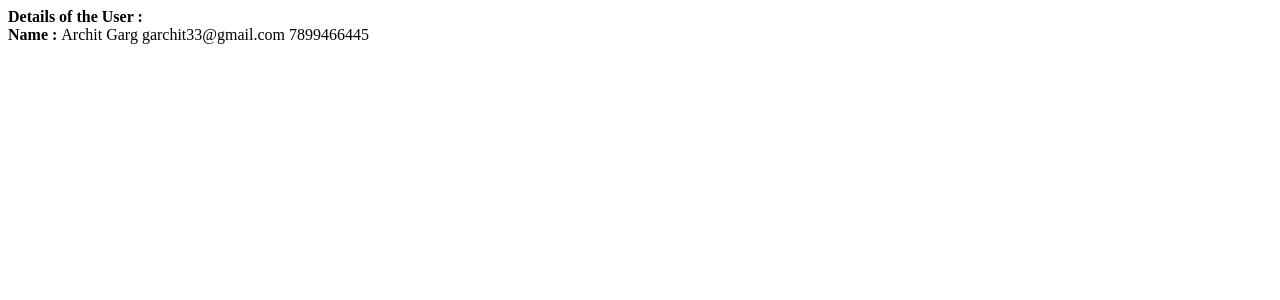
Repository: garchit33/Workpace
Page: http://localhost/ServletPage/TestContext
The author's editor kept a copy of each file at every save. The page is drawn from the files as they stood at one save, then again after the next save.
The browser window is 1280 px wide. The pictures show the whole page.
The page is served by Tomcat 9. Other server files are loaded and not shown.

Above is the page before, as saved 2019-09-04 10:54:40.

### workspace JUnit/ServletPage/src/servletpage/TestContext.java
package servletpage;

import java.io.IOException;
import java.io.PrintWriter;
import java.util.Enumeration;

import javax.servlet.ServletConfig;
import javax.servlet.ServletContext;
import javax.servlet.ServletException;
import javax.servlet.annotation.WebServlet;
import javax.servlet.http.HttpServlet;
import javax.servlet.http.HttpServletRequest;
import javax.servlet.http.HttpServletResponse;


//@WebServlet("/TestContext")
public class TestContext extends HttpServlet {
	private static final long serialVersionUID = 1L;


	protected void doGet(HttpServletRequest request, HttpServletResponse response) throws ServletException, IOException {
		// TODO Auto-generated method stub
		response.setContentType("text/html");
		PrintWriter out = response.getWriter();
		out.println("<b>Details of the User :</b><br>");
		ServletContext scn = getServletContext() ;
		Enumeration<String> e=scn.getInitParameterNames();
		out.println("<b>Name : </b>"+scn.getInitParameter("username"));
		out.println(scn.getInitParameter("email"));
		out.println(scn.getInitParameter("contact"));
//		String str="";
//		while(e.hasMoreElements()){
//		    str=e.nextElement();
//		    out.print("<br> "+scn.getInitParameter(str));
//		}



}
}

After the next save:
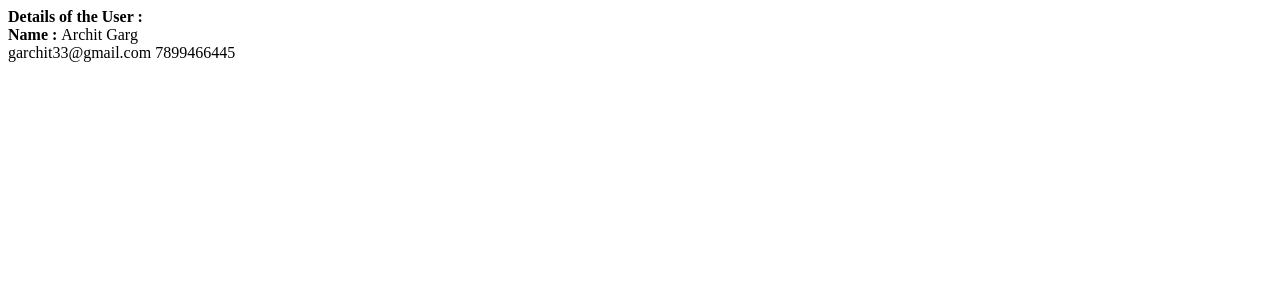
Saved 116 s later.
--- a/workspace JUnit/ServletPage/src/servletpage/TestContext.java
+++ b/workspace JUnit/ServletPage/src/servletpage/TestContext.java
@@ -25,7 +25,7 @@ public class TestContext extends HttpServlet {
 		out.println("<b>Details of the User :</b><br>");
 		ServletContext scn = getServletContext() ;
 		Enumeration<String> e=scn.getInitParameterNames();
-		out.println("<b>Name : </b>"+scn.getInitParameter("username"));
+		out.println("<b>Name : </b>"+scn.getInitParameter("username")+"<br>");
 		out.println(scn.getInitParameter("email"));
 		out.println(scn.getInitParameter("contact"));
 //		String str="";
